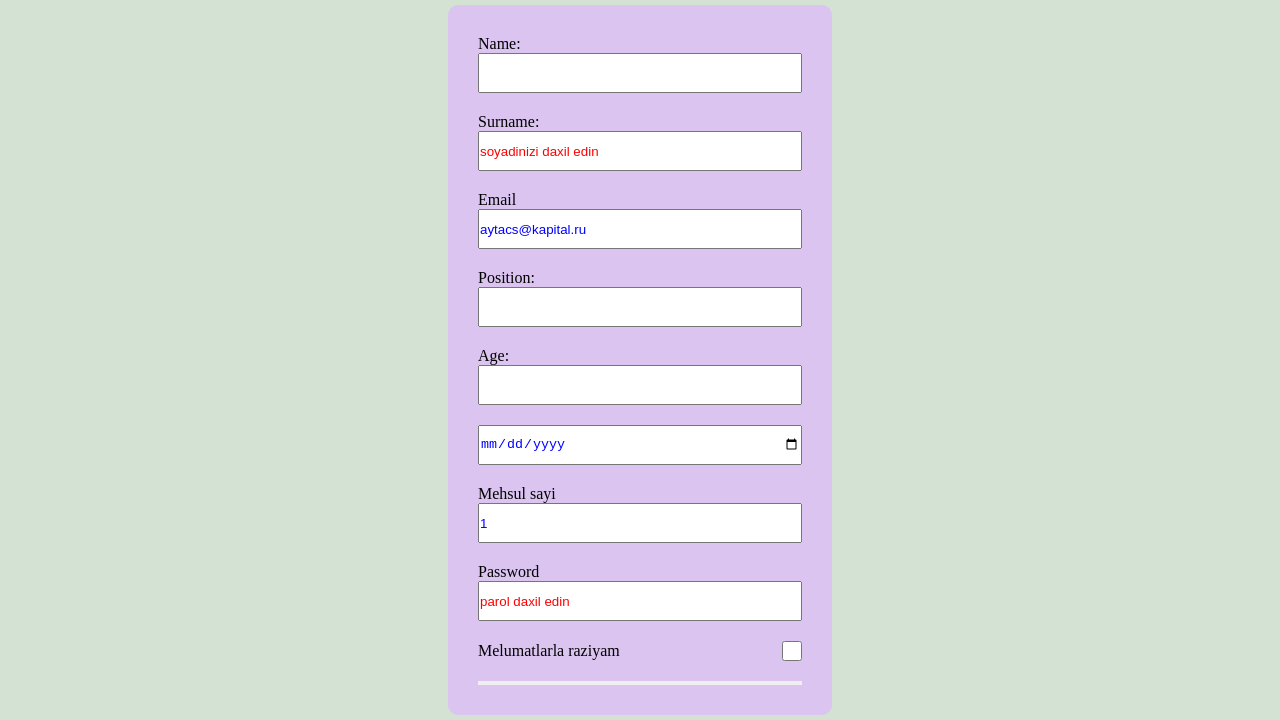
Repository: AytacSafarova/Form-lesson
Page: index.html
The author's editor kept a copy of each file at every save. The page is drawn from the files as they stood at one save, then again after the next save.
The browser window is 1280 px wide. The pictures show the whole page.

Above is the page before, as saved 2023-08-29 14:47:52.

### index.html
<!DOCTYPE html>
<html lang="en">
  <head>
    <meta charset="UTF-8" />
    <meta name="viewport" content="width=device-width, initial-scale=1.0" />
    <title>Document</title>
    <link rel="stylesheet" href="./index.css" />
  </head>
  <body>
    <div>
      <form action="https://randomuser.me/api/">
        <label for="">
          Name:
          <input type="text" name="user-name" />
        </label>
        <label for="">
          Surname:
          <input placeholder="soyadinizi daxil edin" type="text" />
        </label>
        <label for="">
          Email
          <input
            placeholder="emaili daxil edin"
            type="email"
            value="aytacs@kapital.ru"
          />
        </label>
        <label for="">
          Position:
          <input type="text" />
        </label>
        <label for="">
          Age:
          <input type="number" />
        </label>
        <label for="">
          <input type="date" />
        </label>
        <label for="">
          Mehsul sayi
          <input
            placeholder="mehsul sayini daxil edin"
            type="number"
            value="1"
          />
        </label>

        <label for="">
          Password
          <input placeholder="parol daxil edin" type="password" />
        </label>
        <label for="" class="input-checkbox">
            Melumatlarla raziyam
            <input type="checkbox">
        </label>
        <button></button>
      </form>
    </div>
  </body>
</html>

### index.css
*{
    margin: 0;
    padding: 0;
    box-sizing: border-box;
}
div{
    background-color: #D4E2D4;
   min-height: 100vh;
   width: 100%;
   display: flex;
   justify-content: center;
   align-items: center;
}
form{
    width: 30%;
    padding: 30px;
    background-color: #DBC4F0;
    border-radius: 10px;
    display: flex;
    flex-direction: column;
    gap: 20px;
}
input{
width: 100%;
height: 40px;
color: blue;
}

input::placeholder{
    color: red;
}

.input-checkbox{
    display: flex;
    align-items: center;
    justify-content: space-between;
}
.input-checkbox input{
    width: 20px;
    height: 20px;
}

After the next save:
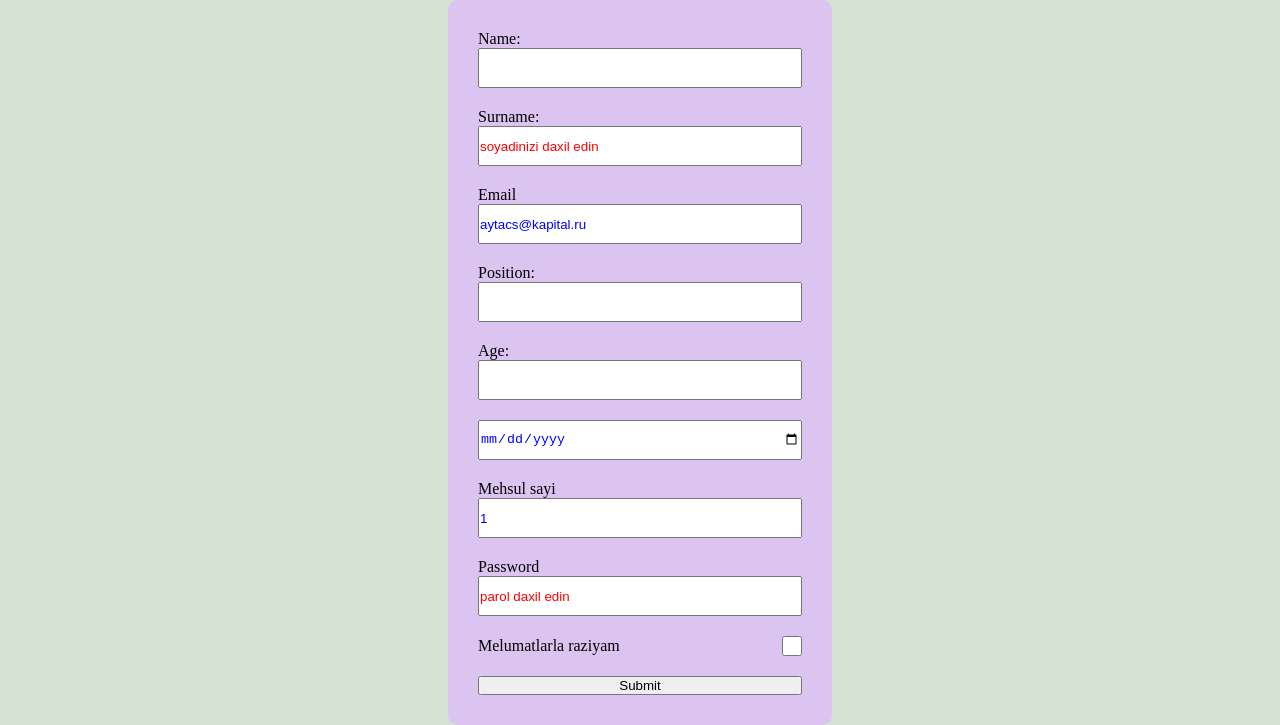
Saved 5 s later.
--- a/index.html
+++ b/index.html
@@ -53,7 +53,7 @@
             Melumatlarla raziyam
             <input type="checkbox">
         </label>
-        <button></button>
+        <button>Submit</button>
       </form>
     </div>
   </body>
